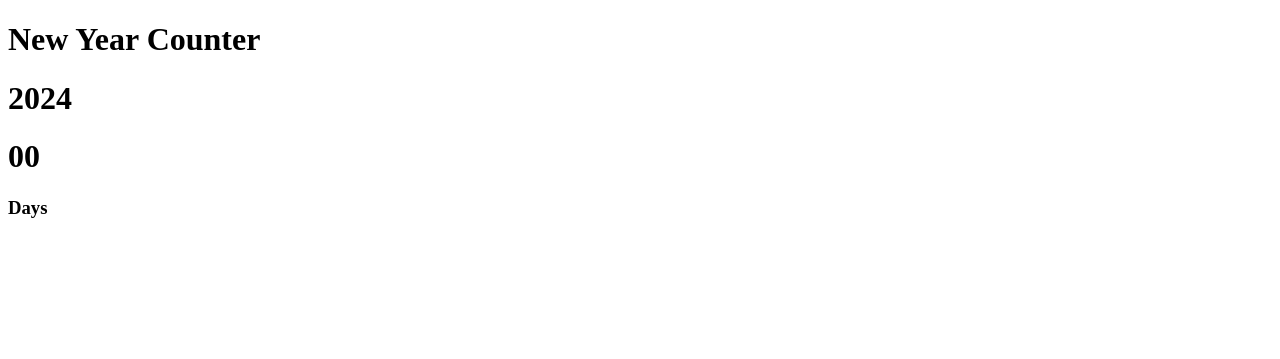
Repository: JunaidAnsari202/New-Year-counter
Page: index.html
These files come from the project's save history. The page is drawn as it stood at one moment and after a run of saves; the edit follows.
The browser window is 1280 px wide. The pictures show the whole page.

Above is the page before, as saved 2024-11-13 15:14:20.
Console error: SyntaxError: Unexpected end of input

After the next 6 saves:
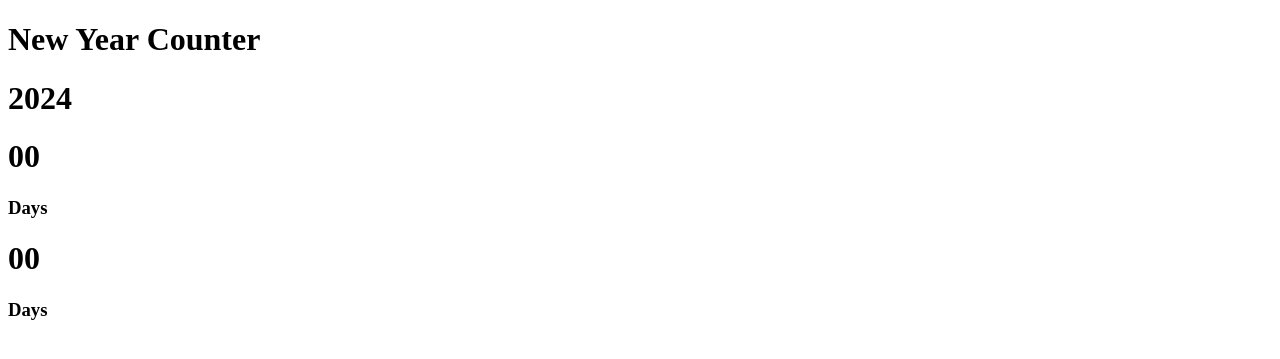
The 6 saves are shown as one change because they came seconds apart.
The last was saved 27 s later.
--- a/index.html
+++ b/index.html
@@ -21,6 +21,11 @@
             <h1 id="days">00</h1>
             <h3>Days</h3>
            </div>
+
+           <div class="hours">
+            <h1 id="days">00</h1>
+            <h3>Days</h3>
+           </div>
         </div>
     </div>
 
